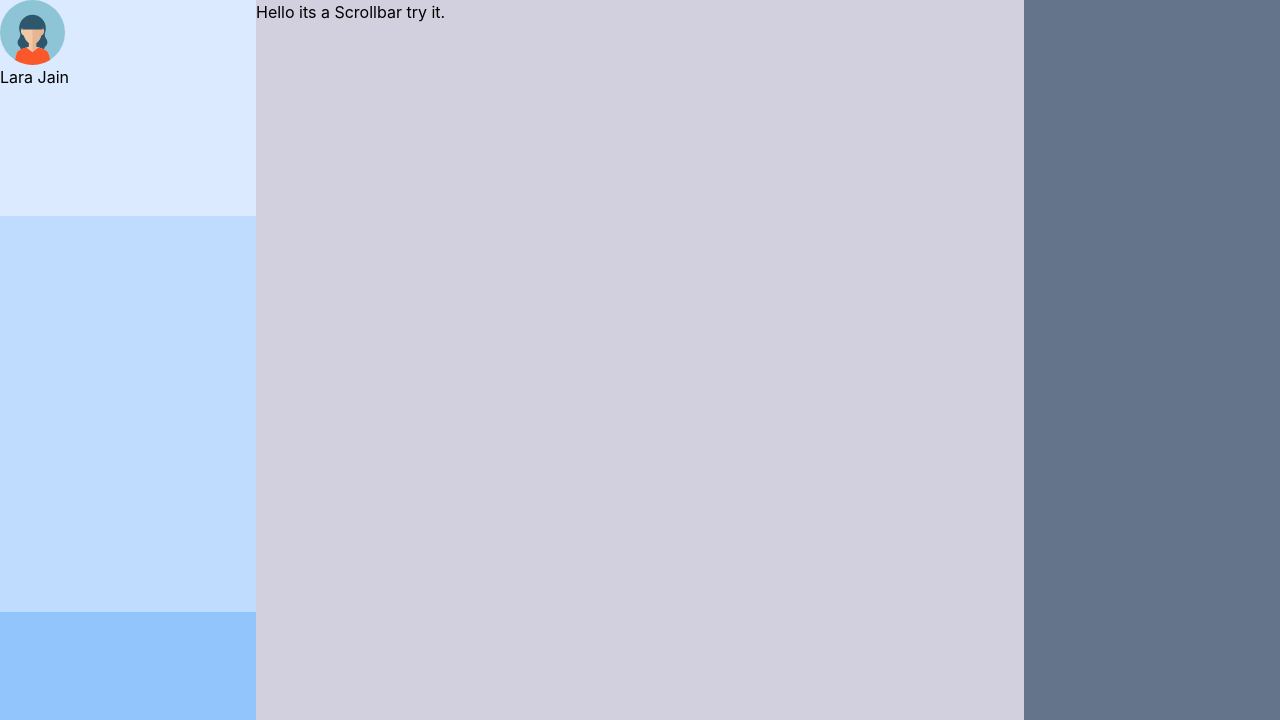
Repository: cosmicswati/upgrad-captions-project
Page: /
An editor plug-in stored every save of this project. The page is shown before and after the next save, followed by the edit.
The browser window is 1280 px wide. The pictures show the whole page.
An inner scrolling area shows only its first screen. The project was rebuilt for these pictures with package versions that can differ from the ones it lists, and the page was loaded fresh each time. Also part of the build but not shown: src/components/Input/index.js, src/components/Button/index.js, src/modules/Authorization/Form.jsx, src/modules/Authorization/index.js.

Above is the page before, as saved 2024-04-09 13:35:33.

### src/index.css
@tailwind base;
@tailwind components;
@tailwind utilities;

body {
  margin: 0;
  font-family: -apple-system, BlinkMacSystemFont, 'Segoe UI', 'Roboto', 'Oxygen',
    'Ubuntu', 'Cantarell', 'Fira Sans', 'Droid Sans', 'Helvetica Neue',
    sans-serif;
  -webkit-font-smoothing: antialiased;
  -moz-osx-font-smoothing: grayscale;
}

code {
  font-family: source-code-pro, Menlo, Monaco, Consolas, 'Courier New',
    monospace;
}

.scrollbar-hide::-webkit-scrollbar{
  display: none;
}

### src/App.js
import Auth from "./modules/Authorization";
import Home from "./modules/Home";


function App() {
  return (
    <div>
      {/* <Auth />  */}
      <Home />
    </div>
  );
}

export default App;

### src/modules/Home/index.js
import React from 'react'
import { ReactComponent as Avatar} from '../../assets/Avatar.svg'

const Home = () => {
  return (
    <div className='h-screen bg-[#d2cfdf] flex overflow-hidden'>
        <div className='w-[20%] flex flex-col'>
            <div className='h-[30%] bg-blue-100'>
                <div>
                    <Avatar width={'65px'} height={'65px'}/>
                    <p>Lara Jain</p>
                </div>
            </div>
            <div className='h-[55%] bg-blue-200'></div>
            <div className='h-[15%] bg-blue-300'></div>
        </div>
        <div className='w-[60%] overflow-scroll h-full scrollbar-hide'>
            <div className='h-[1500px]'>Hello its a Scrollbar try it.</div>
        </div>
        <div className='w-[20%] bg-slate-500'></div>
    </div>
  )
}

export default Home

### tailwind.config.js
/** @type {import('tailwindcss').Config} */
module.exports = {
 mode:'jit',
 purge: [
  './public/**/*.html',
  './src/**/*.{js,jsx,ts,tsx,vue}',
 ],
  content: [
    "./src/**/*.{js,jsx,ts,tsx}",
  ],
  theme: {
    extend: {},
  },
  plugins: [],
}

Loaded but not shown: public/index.html (common file); src/index.js (common file); src/reportWebVitals.js (common file)

After the next save:
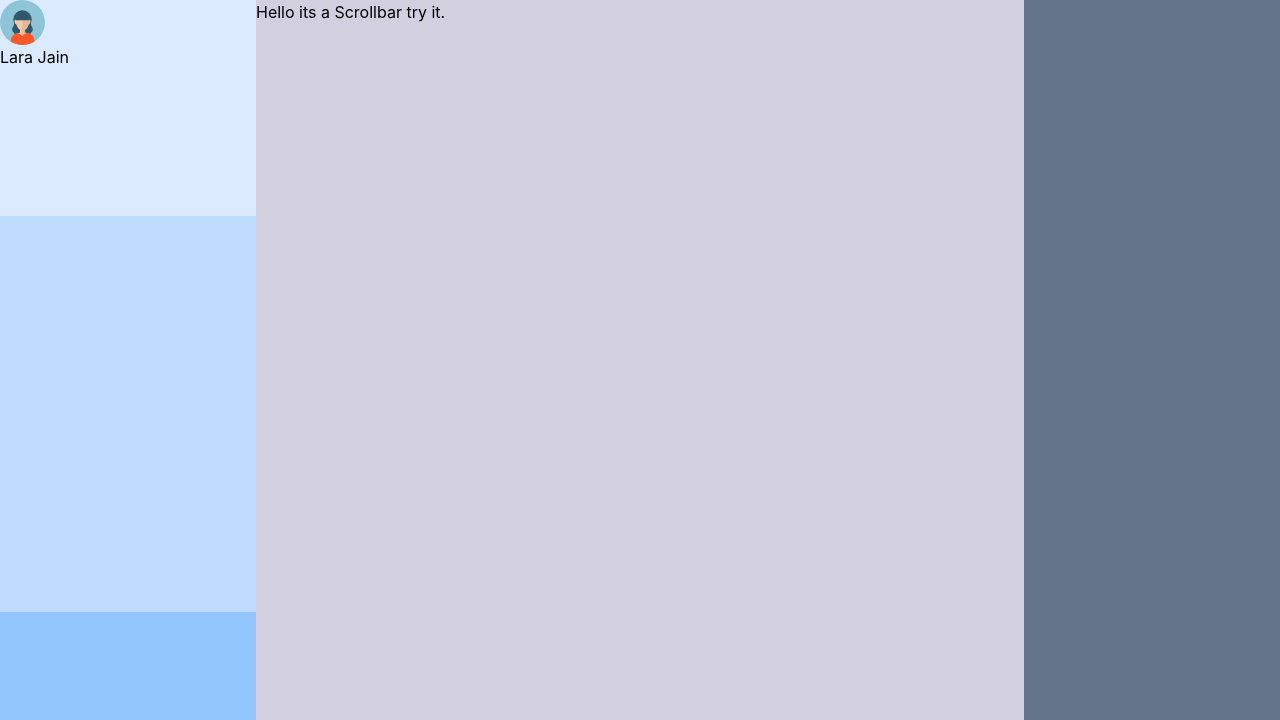
Saved 63 s later.
--- a/src/modules/Home/index.js
+++ b/src/modules/Home/index.js
@@ -7,7 +7,7 @@ const Home = () => {
         <div className='w-[20%] flex flex-col'>
             <div className='h-[30%] bg-blue-100'>
                 <div>
-                    <Avatar width={'65px'} height={'65px'}/>
+                    <Avatar width={'45px'} height={'45px'}/>
                     <p>Lara Jain</p>
                 </div>
             </div>
